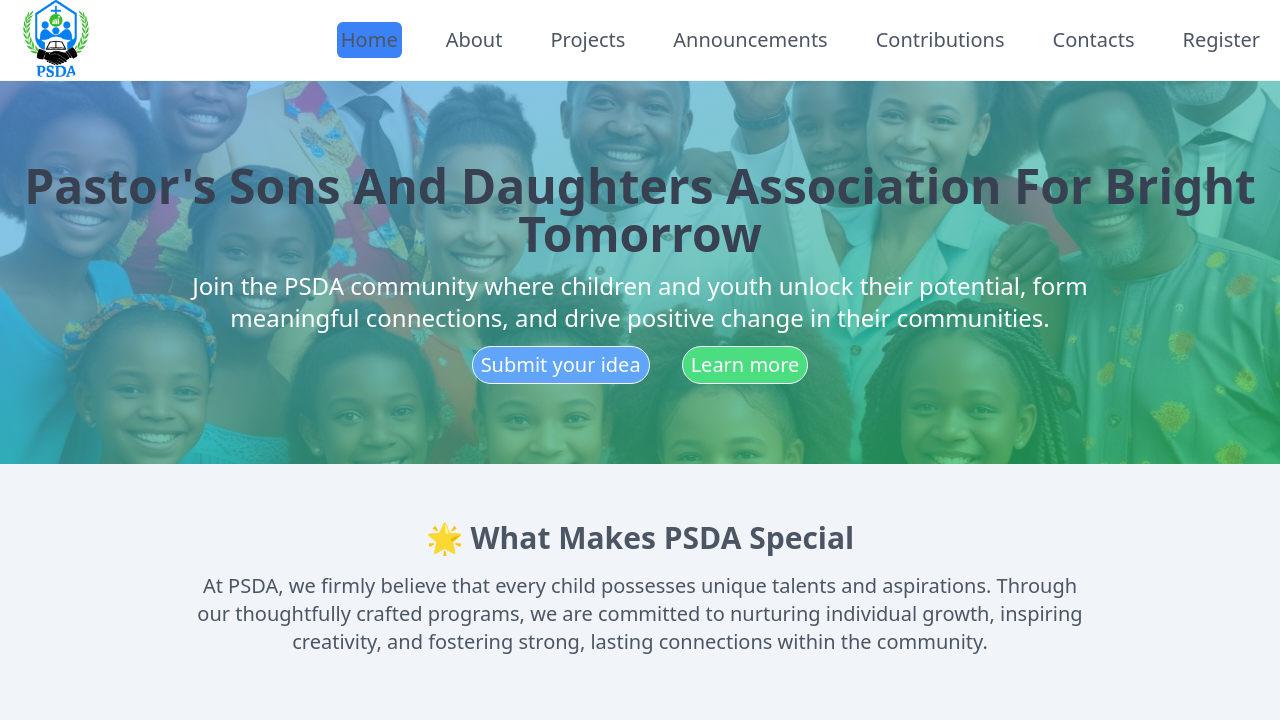
Repository: Zedestar/psda
Page: /
An editor plug-in stored every save of this project. The page is shown before and after the next save, followed by the edit.
The browser window is 1280 px wide. The pictures show the whole page.
An inner scrolling area shows only its first screen. The project was rebuilt for these pictures with package versions that can differ from the ones it lists, and the page was loaded fresh each time. Also part of the build but not shown: src/components/cards/leaders-card.jsx, src/components/cards/secondary-card.jsx, src/components/container/index.jsx, src/pages/about/about-us-data.js, src/pages/about/core-value-data.js, src/pages/about/history-status-data.js, src/pages/about/leaders-data.js, src/pages/about/our-leadership-data.js and 34 more.

Above is the page before, as saved 2025-08-09 14:03:19.

### public/index.html
<!DOCTYPE html>
<html lang="en">
  <head>
    <meta charset="utf-8" />
    <link rel="icon" href="%PUBLIC_URL%/favicon.ico" />
    <meta name="viewport" content="width=device-width, initial-scale=1" />
    <meta name="theme-color" content="#000000" />
    <meta
      name="description"
      content="Web site created using create-react-app"
    />
    <!-- <link rel="apple-touch-icon" href="%PUBLIC_URL%/psdaImage.png" /> -->
    <!-- <link rel="manifest" href="%PUBLIC_URL%/manifest.json" /> -->

    <title>psda</title>
  </head>
  <body>
    <noscript>You need to enable JavaScript to run this app.</noscript>
    <div id="root"></div>

  </body>
</html>

### src/index.js
import React from "react";
import ReactDOM from "react-dom/client";
import App from "./App";
import "./index.css";
import { BrowserRouter } from "react-router-dom";
import GlobalState from "./context";

const root = ReactDOM.createRoot(document.getElementById("root"));
root.render(
  <BrowserRouter>
    <React.StrictMode>
      <GlobalState>
        <App />
      </GlobalState>
    </React.StrictMode>
  </BrowserRouter>
);

### src/App.js
import { Route, Routes } from "react-router-dom";
import Header from "./components/header/header";
import Home from "./pages/home/home";
import AboutPage from "./pages/about/about";
import Projects from "./pages/projects/projects";
import Announcements from "./pages/announcements/announcements";
import Contributions from "./pages/contirbutions/contributions";
import Contacts from "./pages/contacts/contacts";
import Register from "./pages/register/register.jsx";

function App() {
  return (
    <div className="flex flex-col items-center flex-center h-screen  bg-slate-100">
      <Header />
      <Routes>
        <Route path="/" element={<Home />} />
        <Route path="/about" element={<AboutPage />} />
        <Route path="/projects" element={<Projects />} />
        <Route path="/announcements" element={<Announcements />} />
        <Route path="/contributions" element={<Contributions />} />
        <Route path="/contact" element={<Contacts />} />
        <Route path="/register" element={<Register />} />
      </Routes>
    </div>
  );
}

export default App;

### src/context/index.jsx
import { createContext, useEffect, useState } from "react";

export const GlobalContext = createContext(null);

function GlobalState({ children }) {
  const [subHeader, setSubHeader] = useState(false);

  const [active, setActive] = useState(() => {
    const activeTab = localStorage.getItem("activeTab");
    return activeTab ? JSON.parse(activeTab) : 1;
  });

  useEffect(() => {
    localStorage.setItem("activeTab", active);
  }, [active]);
  return (
    <GlobalContext.Provider
      value={{
        subHeader,
        setSubHeader,
        active,
        setActive,
      }}
    >
      {children}
    </GlobalContext.Provider>
  );
}

export default GlobalState;

### src/components/header/header.jsx
import { useContext } from "react";
import headerData from "./header-data";
import HeaderItem from "./header-item";
import psdaImage from "../../assets/images/psdaImage.png";
import { GlobalContext } from "../../context";
import { FaBars, FaTimes } from "react-icons/fa";

function Header() {
  const { active, setActive, subHeader, setSubHeader } =
    useContext(GlobalContext);
  return (
    <div className="w-full shadow-lg bg-white">
      <div className="w-full flex justify-center">
        <header className="w-full flex items-center justify-between px-4  border-b border-b-gray-100 max-w-screen-2xl">
          <div className="text-3xl rounded-full overflow-hidden">
            <img className="h-20 w-20" src={psdaImage} alt="" />
          </div>{" "}
          <ul className="hidden lg:flex justify-center py-5 space-x-10 flex-center">
            {headerData.map((item) => (
              <HeaderItem
                key={item.id}
                item={item}
                active={active}
                setActive={setActive}
              />
            ))}
          </ul>
          <div
            onClick={() => setSubHeader(!subHeader)}
            className="lg:hidden cursor-pointer hover:bg-blue-600 text-gray-600 hover:text-white transition-all duration-300 p-2 rounded-md "
          >
            {subHeader ? <FaTimes /> : <FaBars />}
          </div>
        </header>
      </div>
      {subHeader && (
        <ul className="lg:hidden flex flex-col items-center justify-center my-2 px-4 space-y-1">
          {headerData.map((item) => (
            <HeaderItem
              key={item.id}
              item={item}
              active={active}
              setActive={setActive}
            />
          ))}
        </ul>
      )}
    </div>
  );
}

export default Header;

### src/pages/home/home.jsx
import PrimaryCard from "../../components/cards/primary-card";
import TwoLinesCards from "../../components/cards/two-lines-card";
import HomePic from "../../components/homepic";
import psdaHighlights from "./psda-highlights";
import what_we_do_data from "./what-we-do";
import FullRoundedButton from "../../components/button/full-rounded-button.jsx";
import what_makes_psda_special from "./what_makes_psda_special_data.js";
import FaceCard from "../../components/cards/face-card.jsx";
import GridOrganizerContainer from "../../components/gridOrganizerContainer/index.jsx";
import make_difference_data from "./make_difference_data.js";
import Footer from "../../components/footer/footer.jsx";

function Home() {
  return (
    <div className="w-full h-full overflow-y-scroll">
      <HomePic />
      <div className="flex  items-center justify-center my-14">
        {what_makes_psda_special.map((item) => (
          <FaceCard item={item} />
        ))}
      </div>

      <GridOrganizerContainer>
        {psdaHighlights.map((item) => (
          <PrimaryCard item={item} />
        ))}
      </GridOrganizerContainer>

      <GridOrganizerContainer>
        {what_we_do_data.map((item) => (
          <TwoLinesCards item={item} />
        ))}
      </GridOrganizerContainer>

      <div
        className="h-[50%] flex flex-col items-center justify-center space-y-9 my-14"
        style={{
          backgroundImage:
            "linear-gradient(to bottom right, rgba(96, 165, 250, 0.7), rgba(34, 197, 94, 0.7))",
        }}
      >
        {make_difference_data.map((item) => (
          <FaceCard item={item} />
        ))}
        <div>
          <FullRoundedButton
            text={"Submit your idea"}
            bgColor={"bg-green-400"}
            textColor={"text-white"}
            onClick={null}
          />
        </div>
      </div>
      <Footer />
    </div>
  );
}

export default Home;

### src/components/header/header-data.js
const headerData = [
  {
    id: 1,
    content: "Home",
    link: "/",
  },
  {
    id: 2,
    content: "About",
    link: "/about",
  },
  {
    id: 3,
    content: "Projects",
    link: "/projects",
  },
  {
    id: 4,
    content: "Announcements",
    link: "/announcements",
  },
  {
    id: 5,
    content: "Contributions",
    link: "/contributions",
  },
  {
    id: 6,
    content: "Contacts",
    link: "/contact",
  },
  {
    id: 7,
    content: "Register",
    link: "/register",
  },
];

export default headerData;

### src/components/header/header-item.jsx
import { Link } from "react-router-dom";
import { GlobalContext } from "../../context";
import { useContext } from "react";

function HeaderItem({ item, active, setActive }) {
  const { setSubHeader } = useContext(GlobalContext);
  return (
    <li
      className={`p-1 rounded-md text-xl text-gray-600 font-gray-100 hover:bg-gray-200 transition cursor-pointer w-full ${
        item.id === active ? "bg-blue-500" : ""
      }`}
      onClick={() => {
        setActive(item.id);
        setSubHeader(false);
      }}
    >
      <Link to={item.link}>{item.content}</Link>
    </li>
  );
}

export default HeaderItem;

### src/components/cards/primary-card.jsx
function PrimaryCard({ item }) {
  return (
    <div className="border flex flex-col justify-center mx-4 my-3 space-y-2 px-4 py-6 rounded-lg text-center max-w-lg hover:shadow-lg transition  bg-white">
      <div className="w-full flex items-center justify-center">
        <div
          className={`flex items-center justify-center rounded-full ${item.color} w-16 h-16`}
        >
          {item.icon}
        </div>
      </div>

      <p className={`text-2xl ${item.text_color}`}>{item.title}</p>
      <p className="text-lg">{item.content}</p>
    </div>
  );
}

export default PrimaryCard;

### src/components/cards/two-lines-card.jsx
function TwoLinesCards({ item }) {
  return (
    <div
      className={`flex items-center justify-center flex-col ${item.bgColor} px-5 py-3 m-5 rounded-lg w-64`}
    >
      <p className={`text-3xl font-bold ${item.textColor}`}>{item.number}</p>
      <p className="text-gray-400 ">{item.content}</p>
    </div>
  );
}

export default TwoLinesCards;

### src/components/homepic/index.jsx
import "./index.css";
import FullRoundedButton from "../button/full-rounded-button.jsx";

function HomePic() {
  return (
    <div
      className="h-[50%] md:h-[60%] lg-[70%] flex flex-col items-center justify-center space-y-3"
      style={{
        backgroundImage:
          "linear-gradient(to bottom right, rgba(96, 165, 250, 0.7), rgba(34, 197, 94, 0.7)), url('/images/psdas.jpg')",
        backgroundSize: "cover",
        backgroundPosition: "center",
        backgroundColor: "line",
      }}
    >
      <p className="block w-full text-center text-3xl md:text-4xl lg:text-5xl font-semibold text-gray-700">
        Pastor's Sons And Daughters Association For Bright Tomorrow
      </p>
      <p className="block w-full md:w-[80%] text-center text-lg md:text-xl lg:text-2xl text-white">
        Join the PSDA community where children and youth unlock their potential,
        form meaningful connections, and drive positive change in their
        communities.
      </p>
      <div>
        <FullRoundedButton
          text={"Submit your idea"}
          bgColor={"bg-blue-400"}
          textColor={"text-white"}
          onClick={null}
        />
        <FullRoundedButton
          text={"Learn more"}
          bgColor={"bg-green-400"}
          textColor={"text-white"}
          onClick={null}
        />
      </div>
    </div>
  );
}

export default HomePic;

### src/pages/home/psda-highlights.js
import {
  FaUsers,
  FaPalette,
  FaLaptopCode,
  //   GiProgression,
  FaChild,
} from "react-icons/fa";

const psdaHighlights = [
  {
    id: 1,
    title: "Community Building",
    content:
      "We connect young people to form lasting friendships and supportive peer networks that strengthen communities.",
    icon: <FaUsers className="text-4xl text-blue-400" />,
    color: "bg-blue-50",
    text_color: "text-gray-500",
  },
  {
    id: 2,
    title: "Creative Projects",
    content:
      "Our programs encourage hands-on learning through art, technology, and community improvement initiatives.",
    icon: <FaPalette className="text-4xl text-blue-400" />,
    color: "bg-blue-50",
    text_color: "text-gray-500",
  },
  {
    id: 3,
    title: "Character Development",
    content:
      "We help children build confidence, leadership skills, and positive values that prepare them for life’s challenges.",
    icon: <FaLaptopCode className="text-4xl text-blue-400" />,
    color: "bg-blue-50",
    text_color: "text-gray-500",
  },
  {
    id: 4,
    title: "Achievement Recognition",
    content:
      "We celebrate every milestone and accomplishment to inspire pride, motivation, and continued growth.",
    icon: <FaChild className="text-4xl text-blue-400" />,
    color: "bg-blue-50",
    text_color: "text-gray-500",
  },
];

export default psdaHighlights;

### src/pages/home/what-we-do.js
const what_we_do_data = [
  {
    id: 1,
    number: "2021",
    content: "Founded",
    textColor: "text-blue-400",
    bgColor: "bg-blue-100",
  },
  {
    id: 2,
    number: "25+",
    content: "Projects",
    textColor: "text-green-300",
    bgColor: "bg-green-50",
  },
  {
    id: 1,
    number: "2021",
    content: "Founded",
    textColor: "text-orange-400",
    bgColor: "bg-orange-100",
  },
  {
    id: 1,
    number: "2021",
    content: "Founded",
    textColor: "text-rose-400",
    bgColor: "bg-rose-100",
  },
];

export default what_we_do_data;

### src/components/button/full-rounded-button.jsx
function FullRoundedButton({ text, bgColor, textColor, onClick }) {
  return (
    <button
      className={`${bgColor} py-1 px-2 mx-4 ${textColor} text-sm md:text-md lg:text-xl border border-gray-50 rounded-full hover:scale-105 transition duration:300`}
      onClick={onClick}
    >
      {text}{" "}
    </button>
  );
}

export default FullRoundedButton;

### src/pages/home/what_makes_psda_special_data.js
const what_makes_psda_special = [
  {
    title: "🌟 What Makes PSDA Special",
    description:
      "At PSDA, we firmly believe that every child possesses unique talents and aspirations. Through our thoughtfully crafted programs, we are committed to nurturing individual growth, inspiring creativity, and fostering strong, lasting connections within the community.",
  },
];

export default what_makes_psda_special;

### src/components/cards/face-card.jsx
function FaceCard({ item }) {
  return (
    <div className="space-y-4 flex flex-col items-center justify-center">
      <p className="text-xl lg:text-3xl w-[80%] font-bold text-gray-600 text-center">
        {item.title}
      </p>
      <p className="text-md lg:text-xl w-full md:w-[70%] text-center text-gray-600">
        {item.description}
      </p>
    </div>
  );
}

export default FaceCard;

### src/components/gridOrganizerContainer/index.jsx
function GridOrganizerContainer({ children }) {
  return (
    <div className="flex items-center justify-center my-14">
      <div className="grid grid-cols-1 md:grid-cols-2 lg:grid-cols-3 max-w-screen-2xl">
        {children}
      </div>
    </div>
  );
}

export default GridOrganizerContainer;

### src/pages/home/make_difference_data.js
const make_difference_data = [
  {
    title: "Inspired to Make a Difference with PSDA",
    description:
      "Be part of a passionate community where children and youth unlock their potential, lead meaningful projects, and shape a brighter future for all. With PSDA, your journey of growth, connection, and impact begins today.",
  },
];

export default make_difference_data;

### src/components/footer/footer.jsx
import followUsData from "./followUsData";
import contactInfoData from "./contactUsData";
import headerData from "../header/header-data";
import { GlobalContext } from "../../context";
import { Link } from "react-router-dom";
import { useContext } from "react";

function Footer() {
  const { setActive } = useContext(GlobalContext);
  return (
    <div className="w-full flex flex-col text-md md:text-lg text-gray-600 space-y-4 py-2 px-6 border-t-2">
      <div className="grid xs:grid-cols-1  sm:grid-cols-2 md:grid-cols-4 my-3 gap-4">
        <div>
          <p className="font-bold">PSDA</p>
          <p>
            Empowering children and youth to create positive change in their
            communities through education, collaboration, and meaningful
            projects
          </p>
        </div>
        <div>
          <p className="font-bold">Quick Link</p>
          <ul className="space-y-1">
            {headerData.map((item) => (
              <li key={item.id} className="hover:underline">
                <Link to={item.link} onClick={() => setActive(item.id)}>
                  {item.content}
                </Link>
              </li>
            ))}
          </ul>
        </div>
        <div>
          <p className="font-bold">Contact</p>
          <ul className="space-y-1">
            {contactInfoData.map((item) => (
              <li key={item.id} className="flex items-center space-x-2">
                {item.icon}
                <a href={item.link} target="_blank" rel="noopener noreferrer">
                  {item.label}
                </a>
              </li>
            ))}
          </ul>
        </div>
        <div>
          <p className="font-bold">Follow us</p>
          <ul className="space-y-1">
            {followUsData.map((item) => (
              <li key={item.id} className="flex items-center space-x-2">
                {item.IconBase}
                <a href={item.link} target="_blank" rel="noopener noreferrer">
                  {item.name}
                </a>
              </li>
            ))}
          </ul>
        </div>
      </div>
      <hr className="bg-blue-500"></hr>
      <div className="flex justify-between items-center">
        <div> PSDA Community. All rights reserved</div>
        <div>Privacy policy Term of service</div>
      </div>
    </div>
  );
}

export default Footer;

### src/pages/about/mission-vission-impact.js
import { AiOutlineAim, AiOutlineEye, AiOutlineHeart } from "react-icons/ai";

const mission_vission_impact_data = [
  {
    id: 1,
    title: "Our mission",
    content:
      "We envision a generation of spiritually grounded, socially responsible, and purpose-driven leaders from pastoral families who carry forward a legacy of faith, compassion, and community influence.",

    icon: <AiOutlineAim className="text-3xl text-green-500" />,
    color: "bg-green-50",
    text_color: "text-green-500",
  },
  {
    id: 2,
    title: "Our vision",
    content:
      "We exist to empower pastors’ children through mentorship, discipleship, skill-building, and fellowship—equipping them to thrive in every area of life and fulfill their divine calling.",
    icon: <AiOutlineEye className="text-3xl text-blue-500" />,
    color: "bg-blue-50",
    text_color: "text-blue-500",
  },
  {
    id: 3,
    title: "Our impact",
    content:
      "Through impactful programs and community-building initiatives, P.S.D.A. is restoring identity, building leadership, and inspiring pastors’ children to walk boldly in purpose while honoring their heritage.",
    icon: <AiOutlineHeart className="text-3xl text-orange-400" />,
    color: "bg-orange-50",
    text_color: "text-orange-500",
  },
];

export default mission_vission_impact_data;

### src/pages/contirbutions/other_way_to_support_us_card_data.js
import {
  AiOutlineTeam,
  AiOutlineHeart,
  AiOutlineApartment,
} from "react-icons/ai";

const other_way_to_support_us_card_data = [
  {
    id: 1,
    icon: <AiOutlineTeam className="text-4xl text-blue-500 " />,
    title: "Volunteer Your Time",
    content: "Share your skills and passion with our community members.",
    buttonText: "Learn About Volunteering",
    cardBgColor: "bg-gray-200",
  },
  {
    id: 2,
    icon: <AiOutlineHeart className="text-4xl text-blue-500" />,
    title: "Spread the Word",
    content: "Help us reach more families by sharing our mission.",
    buttonText: "Share Our Story",
    cardBgColor: "bg-gray-200",
  },
  {
    id: 3,
    icon: <AiOutlineApartment className="text-4xl text-blue-500" />,
    title: "Corporate Partnership",
    content: "Partner with us for employee engagement and community impact.",
    buttonText: "Explore Partnership",
    cardBgColor: "bg-gray-200",
  },
];

export default other_way_to_support_us_card_data;

### src/pages/contirbutions/method_of_contributing.js
import { AiOutlineBank, AiOutlinePhone, AiOutlineApi } from "react-icons/ai";

const method_of_contributing = [
  {
    id: 1,
    icon: <AiOutlineApi className="text-3xl text-blue-500" />,
    title: "Online Donation",
    content: "Secure online payments via credit card or PayPal",
    buttonText: "Donate Now",
    cardBgColor: "bg-white",
  },
  {
    id: 2,
    icon: <AiOutlinePhone className="text-3xl text-blue-500" />,
    title: "Mobile Money",
    content: "M-Pesa, Airtel Money, Mixx By Yas, Halo-Pesa",
    buttonText: "Send Payment",
    cardBgColor: "bg-white",
  },
  {
    id: 3,
    icon: <AiOutlineBank className="text-3xl text-blue-500" />,
    title: "Bank Transfer",
    content: "Direct bank transfer to our community account",
    buttonText: "Get Details",
    cardBgColor: "bg-white",
  },
];

export default method_of_contributing;

//  id: 1,
//     icon: <AiOutlineTeam className="text-4xl text-blue-500 " />,
//     title: "Volunteer Your Time",
//     content: "Share your skills and passion with our community members.",
//     buttonText: "Learn About Volunteering",
//     cardBgColor: "bg-transparent",

### src/pages/contacts/contact-data.js
import { AiOutlineAim, AiOutlineMessage, AiOutlinePhone } from "react-icons/ai";

const contactData = [
  {
    id: 1,
    icon: <AiOutlineMessage className="text-4xl text-blue-400 " />,
    title: "Email Us",
    subTitle: "info@psda.org",
    content: "Send us an email and we'll respond within 24 hours",
    buttonText: "Send Email",
    cardBgColor: "bg-gray-200",
  },
  {
    id: 2,
    icon: <AiOutlinePhone className="text-4xl text-blue-400" />,
    title: "Call Us",
    subTitle: "+255 674 723515",
    content: "Speak with our team Monday-Friday, 9 AM - 5 PM",
    buttonText: "Call Now",
    cardBgColor: "bg-gray-200",
  },
  {
    id: 3,
    icon: <AiOutlineAim className="text-4xl text-blue-400" />,
    title: "Visit Us",
    subTitle: "Morogoro Manzese, street 123",
    content: "Drop by our community center during operating hours",
    buttonText: "Get Directions",
    cardBgColor: "bg-gray-200",
  },
];

export default contactData;

### src/components/footer/followUsData.js
import {
  FaTiktok,
  FaFacebookF,
  FaWhatsapp,
  FaTwitter,
  FaInstagram,
} from "react-icons/fa";

const followUsData = [
  {
    id: 1,
    IconBase: <FaTiktok className="text-blue-400" />,
    name: "TikTok",
    link: "https://www.tiktok.com/@psda_org",
  },
  {
    id: 2,
    IconBase: <FaFacebookF className="text-blue-400" />,
    name: "Facebook",
    link: "https://www.facebook.com/psda_org",
  },
  {
    id: 3,
    IconBase: <FaWhatsapp className="text-blue-400" />,
    name: "WhatsApp",
    link: "https://wa.me/+255672743515",
  },
  {
    id: 4,
    IconBase: <FaTwitter className="text-blue-400" />,
    name: "Twitter",
    link: "https://twitter.com/psda_org",
  },
  {
    id: 5,
    IconBase: <FaInstagram className="text-blue-400" />,
    name: "Instagram",
    link: "https://www.instagram.com/psda_org",
  },
];

export default followUsData;

### src/components/footer/contactUsData.js
import { FaEnvelope, FaPhoneAlt, FaMapMarkerAlt } from "react-icons/fa";

const contactInfoData = [
  {
    id: 1,
    icon: <FaEnvelope className="text-blue-400" />,
    label: "info@psda.org",
    link: "mailto:info@psda.org",
  },
  {
    id: 2,
    icon: <FaPhoneAlt className="text-blue-400" />,
    label: "+255 784 584 231",
    link: "tel:+255784584231",
  },
  {
    id: 3,
    icon: <FaMapMarkerAlt className="text-blue-400" />,
    label: "123 Morogoro Manzese",
    link: null, // could add Google Maps if desired
  },
];

export default contactInfoData;

### tailwind.config.js
/** @type {import('tailwindcss').Config} */
module.exports = {
  content: ["./src/**/*.{js,jsx,ts,tsx}"],
  theme: {
    extend: {
      colors: {
        psdaGreen: "#1A8F57",
      },
    },
  },
  plugins: [],
};

Loaded but not shown: src/index.css (common file); src/pages/about/core-objective-goals-data.js (57 lines, source omitted); src/components/homepic/index.css (no stored copy; drawn as an empty file)

After the next save:
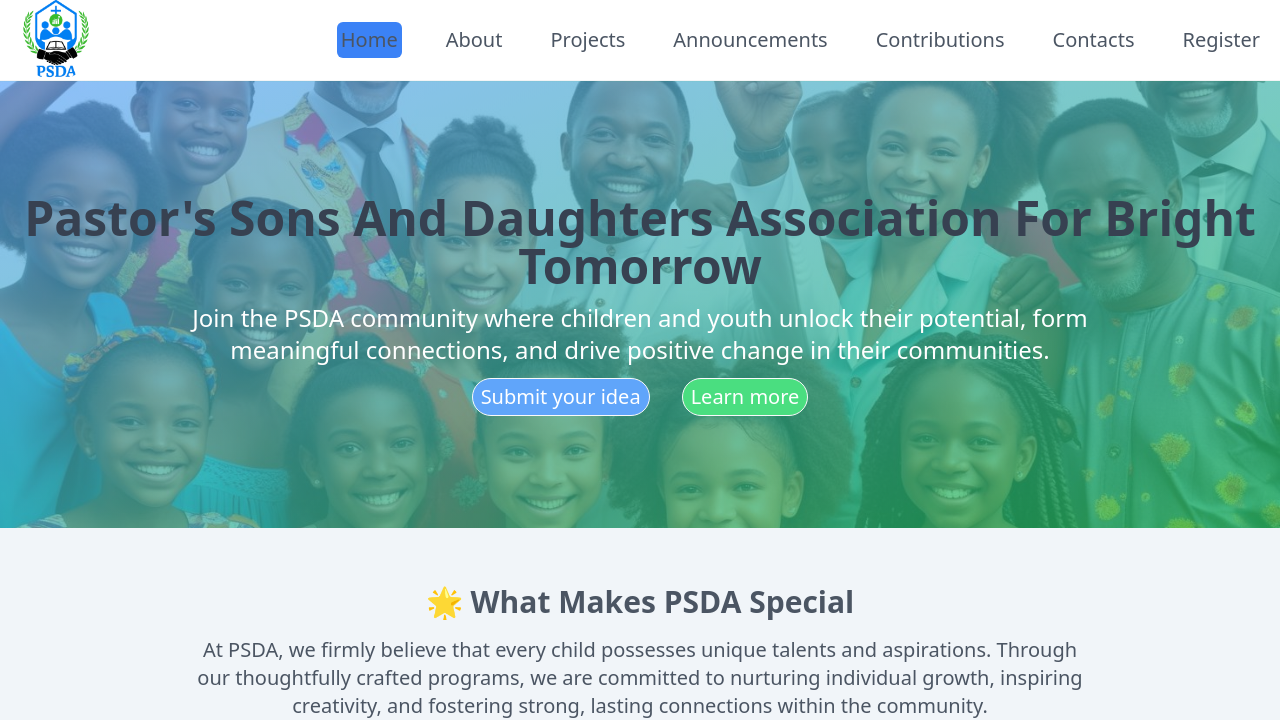
Saved 22 s later.
--- a/src/components/homepic/index.jsx
+++ b/src/components/homepic/index.jsx
@@ -4,7 +4,7 @@ import FullRoundedButton from "../button/full-rounded-button.jsx";
 function HomePic() {
   return (
     <div
-      className="h-[50%] md:h-[60%] lg-[70%] flex flex-col items-center justify-center space-y-3"
+      className="h-[50%] md:h-[60%] lg:h-[70%] flex flex-col items-center justify-center space-y-3"
       style={{
         backgroundImage:
           "linear-gradient(to bottom right, rgba(96, 165, 250, 0.7), rgba(34, 197, 94, 0.7)), url('/images/psdas.jpg')",
